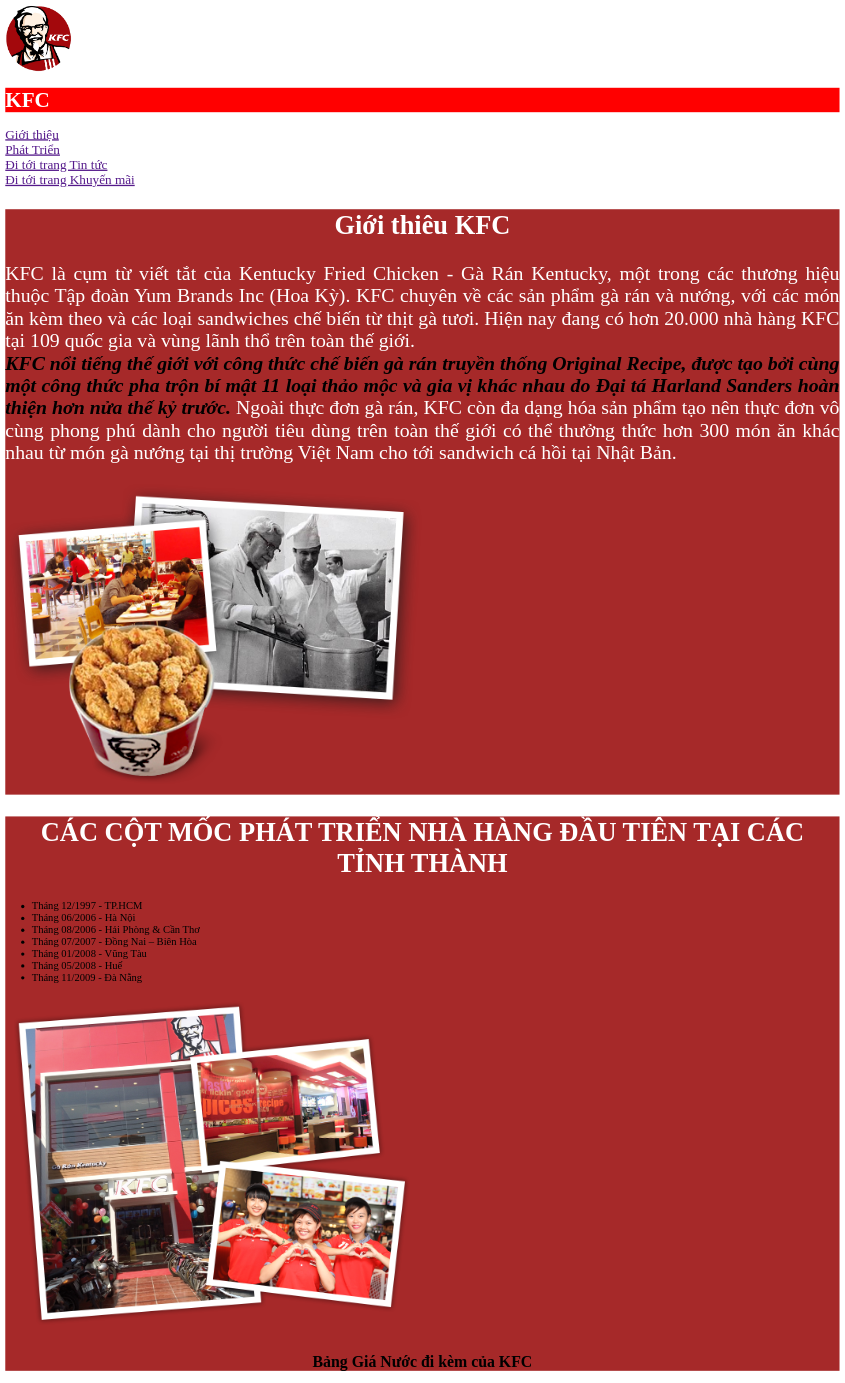
Repository: Edward205204/cybersoft_b1
Page: index.html
An editor plug-in stored every save of this project. The page is shown before and after a run of saves, followed by the edit.
The browser window is 1280 px wide. The pictures show the whole page, at 66% of full size.

Above is the page before, as saved 2024-11-11 23:14:31.

### index.html
<!DOCTYPE html>
<html lang="en">
  <head>
    <meta charset="UTF-8" />
    <meta name="viewport" content="width=device-width, initial-scale=1.0" />
    <title>Document</title>
  </head>
  <body>
    <img src="./img/logo.png" alt="Logo KFC" width="100px" height="100px" />
    <h1 style="background-color: #ff0000; color: white">KFC</h1>
    <ul style="list-style: none; margin: 0; padding: 0; font-size: 20px">
      <li>
        <a href="" style="font-size: 20px">Giới thiệu</a>
      </li>
      <li>
        <a href="">Phát Triển</a>
      </li>
      <li>
        <a href="">Đi tới trang Tin tức</a>
      </li>
      <li>
        <a href="">Đi tới trang Khuyến mãi</a>
      </li>
    </ul>
    <div style="background-color: #a62929">
      <h2 style="text-align: center; font-size: 40px; color: white">
        Giới thiêu KFC
      </h2>
      <p style="color: white; font-size: 30px; text-align: justify">
        KFC là cụm từ viết tắt của Kentucky Fried Chicken - Gà Rán Kentucky, một
        trong các thương hiệu thuộc Tập đoàn Yum Brands Inc (Hoa Kỳ). KFC chuyên
        về các sản phẩm gà rán và nướng, với các món ăn kèm theo và các loại
        sandwiches chế biến từ thịt gà tươi. Hiện nay đang có hơn 20.000 nhà
        hàng KFC tại 109 quốc gia và vùng lãnh thổ trên toàn thế giới.
        <br />

        <i style="color: black">
          <b>
            KFC nổi tiếng thế giới với công thức chế biến gà rán truyền thống
            Original Recipe, được tạo bởi cùng một công thức pha trộn bí mật 11
            loại thảo mộc và gia vị khác nhau do Đại tá Harland Sanders hoàn
            thiện hơn nửa thế kỷ trước.
          </b>
        </i>

        Ngoài thực đơn gà rán, KFC còn đa dạng hóa sản phẩm tạo nên thực đơn vô
        cùng phong phú dành cho người tiêu dùng trên toàn thế giới có thể thưởng
        thức hơn 300 món ăn khác nhau từ món gà nướng tại thị trường Việt Nam
        cho tới sandwich cá hồi tại Nhật Bản.
      </p>
      <img src="./img/about-pic-1.png" alt="anh minh hoa " width="50%" />
    </div>

    <div style="background-color: #a62929">
      <h2 style="text-align: center; font-size: 40px; color: white">
        CÁC CỘT MỐC PHÁT TRIỂN NHÀ HÀNG ĐẦU TIÊN TẠI CÁC TỈNH THÀNH
      </h2>
      <ul>
        <li>Tháng 12/1997 - TP.HCM</li>
        <li>Tháng 06/2006 - Hà Nội</li>
        <li>Tháng 08/2006 - Hải Phòng & Cần Thơ</li>
        <li>Tháng 07/2007 - Đồng Nai – Biên Hòa</li>
        <li>Tháng 01/2008 - Vũng Tàu</li>
        <li>Tháng 05/2008 - Huế</li>
        <li>Tháng 11/2009 - Đà Nẵng</li>
      </ul>
      <img src="./img/about-pic-3.png" alt="cot moc phat trien" width="50%" />
      <h2 style="text-align: center">Bảng Giá Nước đi kèm của KFC</h2>
    </div>
  </body>
</html>

After the next 2 saves:
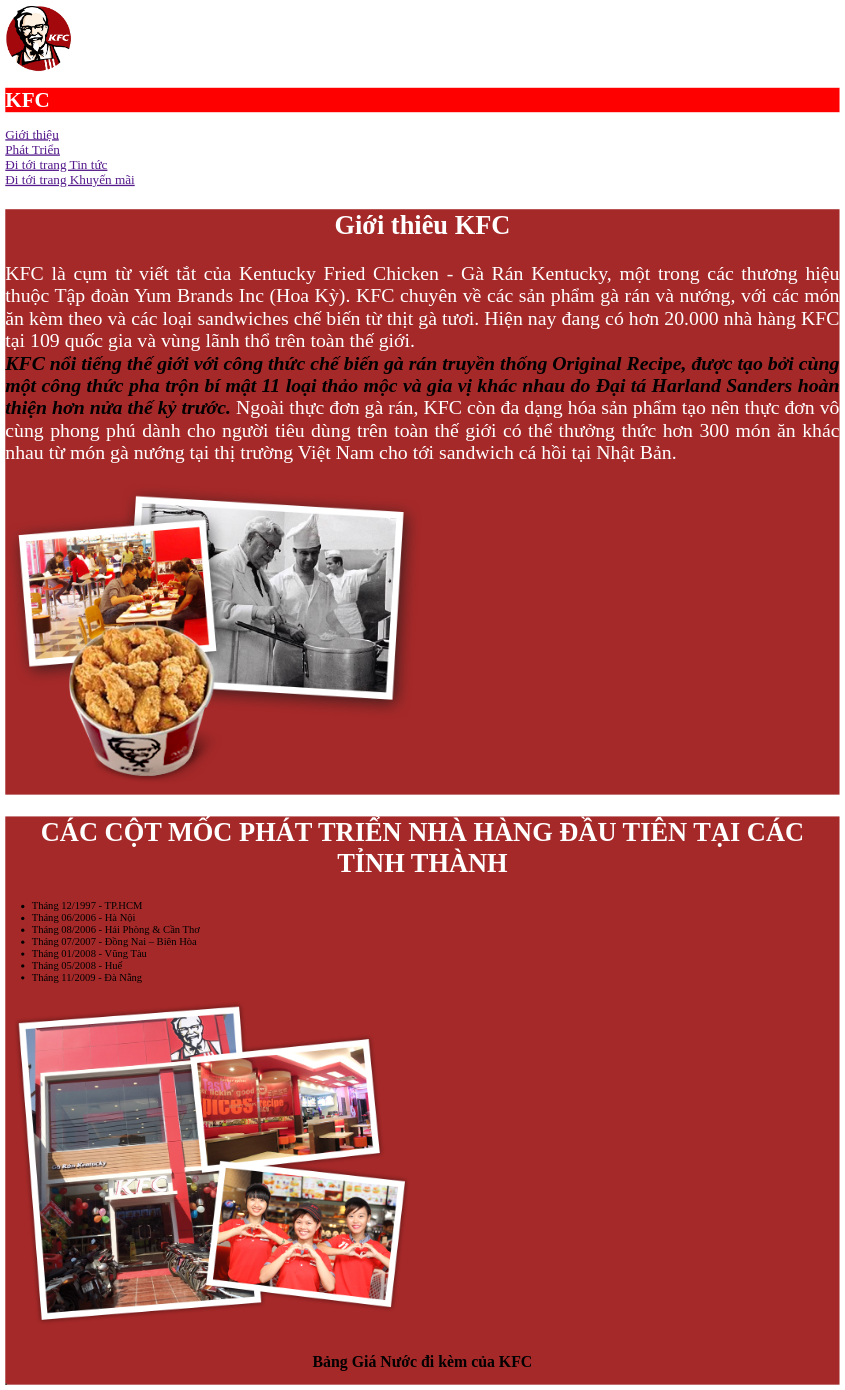
The 2 saves are shown as one change because they came seconds apart.
The last was saved 23 s later.
--- a/index.html
+++ b/index.html
@@ -66,6 +66,7 @@
       </ul>
       <img src="./img/about-pic-3.png" alt="cot moc phat trien" width="50%" />
       <h2 style="text-align: center">Bảng Giá Nước đi kèm của KFC</h2>
+      <table border="1px"></table>
     </div>
   </body>
 </html>
